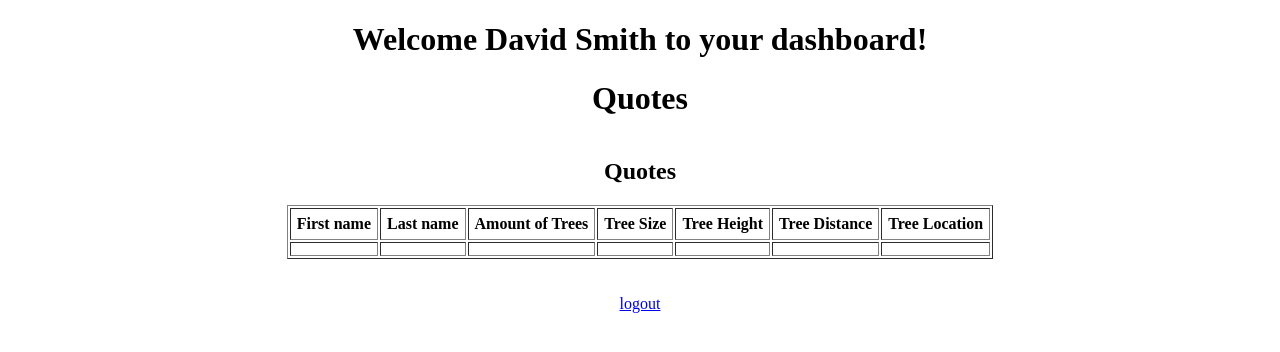
Repository: jrule5960/Tree-Cutting-Database
Page: http://localhost/database/DavidSmithView.jsp
An editor plug-in stored every save of this project. The page is shown before and after the next save, followed by the edit.
The browser window is 1280 px wide. The pictures show the whole page.
The page is served by Tomcat 9.

Above is the page before, as saved 2023-11-06 21:47:05.

After the next save:
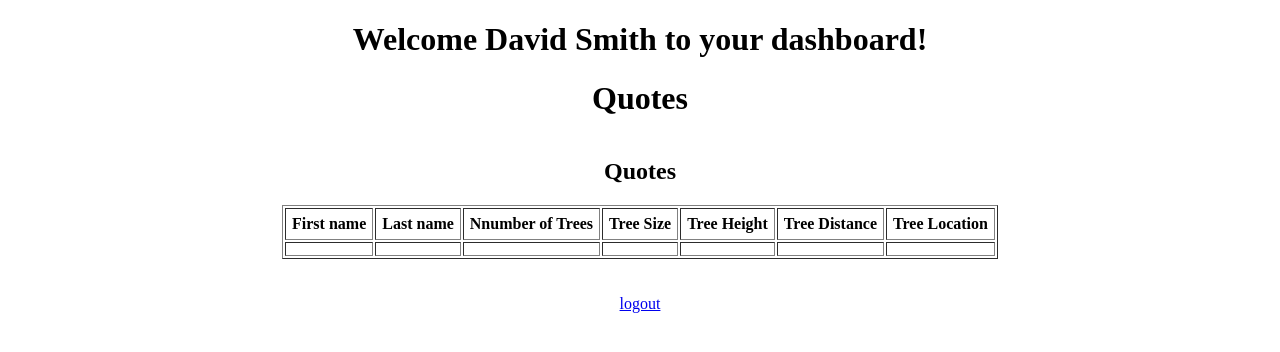
Saved 27 s later.
--- a/database/WebContent/DavidSmithView.jsp
+++ b/database/WebContent/DavidSmithView.jsp
@@ -17,7 +17,7 @@
             <tr>
                 <th>First name</th>
                 <th>Last name</th>
-                <th>Amount of Trees</th>
+                <th>Nnumber of Trees</th>
                 <th>Tree Size</th>
                 <th>Tree Height</th>
                 <th>Tree Distance</th>
@@ -27,7 +27,7 @@
                 <tr style="text-align:center">
                     <td><c:out value="${users.firstName}" /></td>
                     <td><c:out value="${users.lastName}" /></td>
-                    <td><c:out value="${users.tree_num}" /></td>
+                    <td><c:out value="${users.tree_amt}" /></td>
 			        <td><c:out value="${users.tree_size}" /></td>
 			        <td><c:out value="${users.tree_height}" /></td>
                     <td><c:out value="${users.tree_distance}" /></td>
